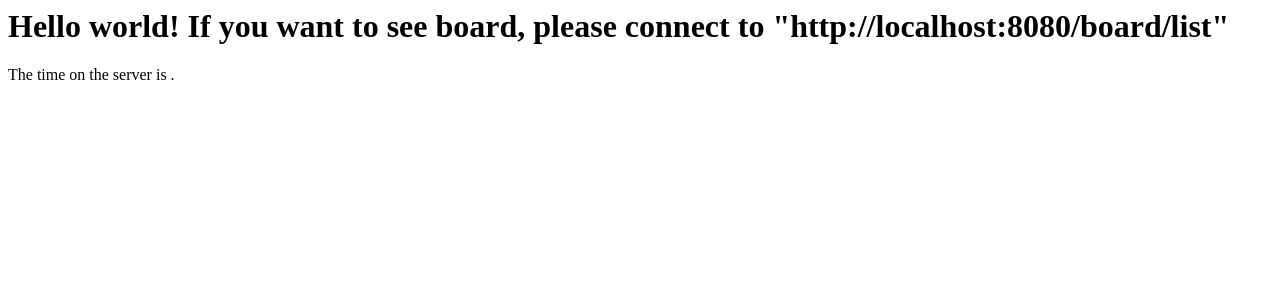
Repository: xx10222/STS_MVC2_Board
Page: http://localhost/project2/WEB-INF/views/home.jsp
The author's editor kept a copy of each file at every save. The page is drawn from the files as they stood at one save, then again after the next save.
The browser window is 1280 px wide. The pictures show the whole page.
The page is served by Tomcat 9. Nobody is signed in. Other server files are loaded and not shown. The template is opened directly, without the code that normally fills it, so the values that code supplies are empty.

Above is the page before, as saved 2020-05-28 15:11:52.

### project2/src/main/webapp/WEB-INF/views/home.jsp
<%@ taglib uri="http://java.sun.com/jsp/jstl/core" prefix="c" %>
<%@ page session="false" %>
<html>
<head>
	<title>Home</title>
</head>
<body>
<h1>
	Hello world!
	If you want to see board, please connect to "http://localhost:8080/board/list"

</h1>

<P>  The time on the server is ${serverTime}. </P>
</body>
</html>

After the next save:
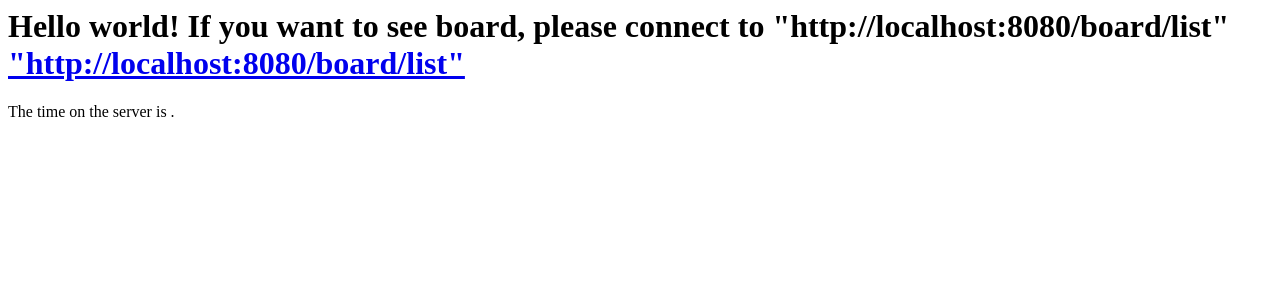
Saved 3 min 20 s later.
--- a/project2/src/main/webapp/WEB-INF/views/home.jsp
+++ b/project2/src/main/webapp/WEB-INF/views/home.jsp
@@ -8,7 +8,7 @@
 <h1>
 	Hello world!
 	If you want to see board, please connect to "http://localhost:8080/board/list"
-
+	<a href = "/board/list">"http://localhost:8080/board/list"</a>
 </h1>
 
 <P>  The time on the server is ${serverTime}. </P>
